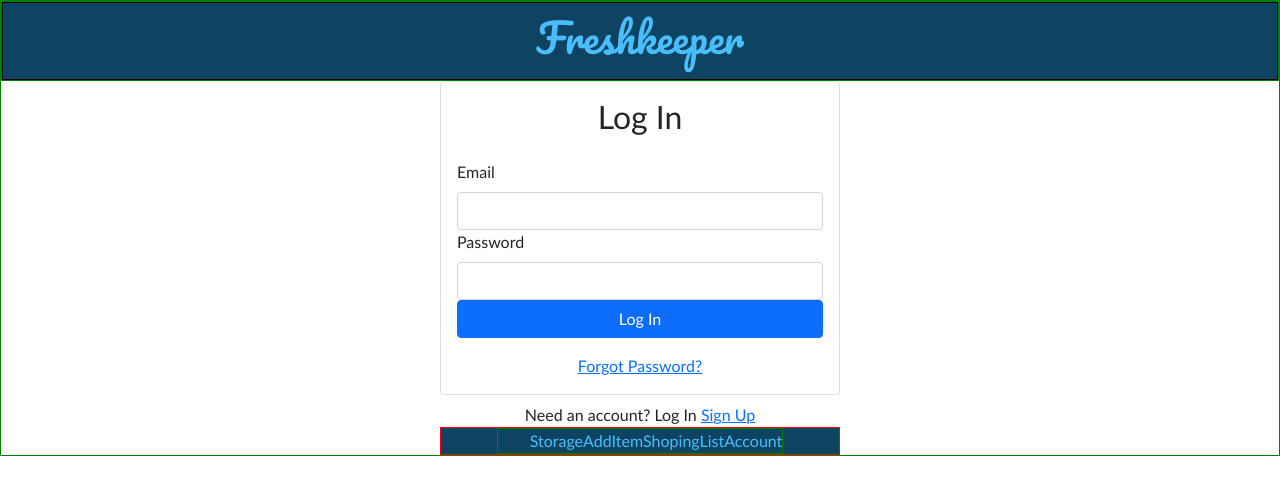
Repository: patrik-fredlund/freshkeeper-repo
Page: /
An editor plug-in stored every save of this project. The page is shown before and after the next save, followed by the edit.
The browser window is 1280 px wide. The pictures show the whole page.
The project was rebuilt for these pictures with package versions that can differ from the ones it lists, and the page was loaded fresh each time. Also part of the build but not shown: src/components/Signup.js, src/components/Account.js, src/components/ForgotPassword.js, src/components/UpdateProfile.js, src/components/Storage.js, src/components/Shopinglist.js, src/components/AddItem.js.

Above is the page before, as saved 2021-10-15 22:46:29.

### public/index.html
<!DOCTYPE html>
<html lang="en">

<head>
  <meta charset="utf-8" />
  <link rel="icon" href="%PUBLIC_URL%/favicon.ico" />
  <meta name="viewport" content="width=device-width, initial-scale=1" />
  <meta name="theme-color" content="#000000" />
  <meta name="description" content="Web site created using create-react-app" />
  <link rel="apple-touch-icon" href="%PUBLIC_URL%/logo192.png" />

  <link rel="manifest" href="%PUBLIC_URL%/manifest.json" />

  <title>Freshkeeper</title>
</head>

<body>
  <noscript>You need to enable JavaScript to run this app.</noscript>
  <div id="root"></div>

</body>

</html>

### src/index.js
import React from 'react';
import ReactDOM from 'react-dom';
import App from './components/App';
import 'bootstrap/dist/css/bootstrap.min.css';

ReactDOM.render(
  <React.StrictMode>
    <App />
  </React.StrictMode>,
  document.getElementById('root')
);

### src/components/App.js
import { Container } from 'react-bootstrap';
import '../App.css';
import Signup from './Signup';
import { AuthProvider } from '../context/AuthContext';
import { BrowserRouter as Router, Switch, Route } from 'react-router-dom';
import Account from './Account';
import Login from './Login';
import PrivateRoute from './PrivateRoute';
import ForgotPassword from './ForgotPassword';
import UpdateProfile from './UpdateProfile';
import Storage from './Storage';
import { AppWrap } from './appStyles';
import Header from './header/header';
import ShopingList from './Shopinglist';
import AddItem from './AddItem';
import Navbar from './navbar/Navbar';

function App() {
  return (
    <AppWrap>
      <Header />
      <Container
        className='d-flex align-items-center justify-content-center'
        // style={{ minHeight: '10vh' }}
      >
        <div className='w-100' style={{ maxWidth: '400px' }}>
          <Router>
            <AuthProvider>
              <Switch>
                <PrivateRoute exact path='/' component={Storage} />
                <PrivateRoute path='/additem' component={AddItem} />
                <PrivateRoute path='/shopinglist' component={ShopingList} />
                <PrivateRoute path='/account' component={Account} />
                <PrivateRoute
                  path='/update-profile'
                  component={UpdateProfile}
                />
                <Route path='/signup' component={Signup} />
                <Route path='/login' component={Login} />
                <Route path='/forgot-password' component={ForgotPassword} />
              </Switch>
              <Navbar />
            </AuthProvider>
          </Router>
        </div>
      </Container>
    </AppWrap>
  );
}

export default App;

### src/App.css
@import url('https://fonts.googleapis.com/css2?family=Pacifico&display=swap');

* {
  box-sizing: border-box;
  margin: 0;
  padding: 0;
  font-family: 'Gill Sans', 'Gill Sans MT', Calibri, 'Trebuchet MS', sans-serif;
}

.container {
  display: flex;
  flex-direction: column;
  justify-content: center;
  align-items: center;
}

.top_nav {
  display: flex;
  flex-direction: row;
  justify-content: center;
  align-items: center;
  padding: 14px 16px 14px 18px;

  position: absolute;
  width: 414px;
  height: 65px;
  left: 0px;
  top: 0px;

  background: #0e4462;
  border-radius: 4px;
}

.freshkeeper_header {
  position: static;

  font-family: 'Pacifico', cursive;

  font-weight: normal;
  font-size: 20px;

  display: flex;
  align-items: center;
  text-align: center;

  color: #49beff;

  /* Inside Auto Layout */

  flex: none;
  order: 0;
  flex-grow: 0;
  margin: 0px 10px;
}

### src/context/AuthContext.js
import React, { useContext, useState, useEffect } from 'react';
import { auth } from '../firebase';

const AuthContext = React.createContext();

export function useAuth() {
  return useContext(AuthContext);
}

export function AuthProvider({ children }) {
  const [currentUser, setCurrentUser] = useState();
  const [loading, setLoading] = useState(true);

  function signup(email, password) {
    return auth.createUserWithEmailAndPassword(email, password);
  }

  function login(email, password) {
    return auth.signInWithEmailAndPassword(email, password);
  }

  function logout() {
    return auth.signOut();
  }

  function resetPassword(email) {
    return auth.sendPasswordResetEmail(email);
  }

  function updateEmail(email) {
    return currentUser.updateEmail(email);
  }

  function updatePassword(password) {
    return currentUser.updatePassword(password);
  }

  useEffect(() => {
    const unsubscribe = auth.onAuthStateChanged((user) => {
      setCurrentUser(user);
      setLoading(false);
    });
    return unsubscribe;
  }, []);

  const value = {
    currentUser,
    login,
    signup,
    logout,
    resetPassword,
    updateEmail,
    updatePassword,
  };

  return (
    <AuthContext.Provider value={value}>
      {!loading && children}
    </AuthContext.Provider>
  );
}

### src/components/Login.js
import React, { useRef, useState } from 'react';
import { Form, Button, Card, Alert } from 'react-bootstrap';
import { useAuth } from '../context/AuthContext';
import { Link, useHistory } from 'react-router-dom';

export default function Login() {
  const emailRef = useRef();
  const passwordRef = useRef();
  const { login } = useAuth();
  const [error, setError] = useState('');
  const [loading, setLoading] = useState(false);
  const history = useHistory();

  async function handleSubmit(e) {
    e.preventDefault();

    try {
      setError('');
      setLoading(true);
      await login(emailRef.current.value, passwordRef.current.value);
      history.push('/');
    } catch {
      setError('Failed to Log In');
    }

    setLoading(false);
  }

  return (
    <>
      <Card>
        <Card.Body>
          <h2 className='text-center mb-4'>Log In</h2>

          {error && <Alert variant='danger'>{error}</Alert>}
          <Form onSubmit={handleSubmit}>
            <Form.Group id='email'>
              <Form.Label>Email</Form.Label>
              <Form.Control type='email' ref={emailRef} required />
            </Form.Group>
            <Form.Group id='password'>
              <Form.Label>Password</Form.Label>
              <Form.Control type='password' ref={passwordRef} required />
            </Form.Group>

            <Button disabled={loading} className='w-100' type='submit'>
              Log In
            </Button>
          </Form>
          <div className='w-100 text-center mt-3'>
            <Link to='/forgot-password'>Forgot Password?</Link>
          </div>
        </Card.Body>
      </Card>
      <div className='w-100 text-center mt-2'>
        Need an account? Log In <Link to='/signup'>Sign Up </Link>
      </div>
    </>
  );
}

### src/components/PrivateRoute.js
import React from 'react';
import { Route, Redirect } from 'react-router-dom';
import { useAuth } from '../context/AuthContext';

export default function PrivateRoute({ component: Component, ...rest }) {
  const { currentUser } = useAuth();

  return (
    <Route
      {...rest}
      render={(props) => {
        return currentUser ? (
          <Component {...props} />
        ) : (
          <Redirect to='/login' />
        );
      }}
    ></Route>
  );
}

### src/components/appStyles.js
import styled from 'styled-components';

export const AppWrap = styled.div`
  /* display: flex;
  flex-flow: column; */
  width: 100%;
  border: 1px solid green;
`;

### src/components/header/header.js
import React from 'react';
import GlobalStyle from '../globalStyles';
import { HeaderWrap } from './headerStyles';

function Header() {
  return (
    <HeaderWrap>
      <GlobalStyle />
      {/* <div className='top_nav'>
        <h2 className='freshkeeper_header'>Freshkeeper</h2>
      </div> */}
      <div className='headerContainer'>
        <h1>Freshkeeper</h1>
      </div>
    </HeaderWrap>
  );
}

export default Header;

### src/components/navbar/Navbar.js
import React from 'react';
import { AppWrap } from '../appStyles';
import { HeaderWrap } from '../header/headerStyles';
import { MenuList } from './MenuList';
import { NavbarStyles } from './navbarStyles';

const Navbar = () => {
  const menuList = MenuList.map(({ url, title, index }) => {
    return (
      <li key={index}>
        <a href={url}>{title}</a>
      </li>
    );
  });

  return (
    <NavbarStyles>
      <ul className='menu-list'>{menuList} </ul>
    </NavbarStyles>
  );
};

export default Navbar;

### src/firebase.js
import firebase from 'firebase/compat/app';
import 'firebase/compat/auth';

const app = firebase.initializeApp({
  apiKey: process.env.REACT_APP_FIREBASE_API_KEY,
  authDomain: process.env.REACT_APP_FIREBASE_AUTH_DOMAIN,
  projectId: process.env.REACT_APP_FIREBASE_PROJECT_ID,
  storageBucket: process.env.REACT_APP_FIREBASE_STORAGE_BUCKET,
  messagingSenderId: process.env.REACT_APP_FIREBASE_MESSAGE_SENDER_ID,
  appId: process.env.REACT_APP_FIREBASE_APP_ID,
});

export const auth = app.auth();
export default app;

### src/components/globalStyles.js
import { createGlobalStyle } from 'styled-components';

const GlobalStyle = createGlobalStyle`
@import url('https://fonts.googleapis.com/css2?family=Pacifico&display=swap');

  h1 {
     font-family: 'pacifico';
  }
`;

export default GlobalStyle;

### src/components/header/headerStyles.js
import styled from 'styled-components';

export const HeaderWrap = styled.div`
  width: 100%;
  border: 1px solid green;

  .headerContainer {
    border: 1px solid black;
    background-color: #0e4462;
    color: #49beff;
    padding: 10px 0;
    display: flex;
    align-items: center;
    justify-content: center;
  }
`;

### src/components/navbar/MenuList.js
export const MenuList = [
  {
    title: 'Storage',
    url: '/',
  },
  {
    title: 'AddItem',
    url: '/additem',
  },
  {
    title: 'ShopingList',
    url: '/shopinglist',
  },
  {
    title: 'Account',
    url: '/account',
  },
];

### src/components/navbar/navbarStyles.js
import styled from 'styled-components';

export const NavbarStyles = styled.div`
  border: 1px solid red;
  display: flex;
  max-width: 400px;
  align-items: center;
  background-color: #0e4462;

  .menu-list {
    margin: auto;
    list-style-type: none;
    display: flex;
    border: 1px solid green;
  }

  a {
    color: #49beff;
    align-items: center;
    text-decoration: none;
    border: 1px solid blues;
  }
`;

After the next save:
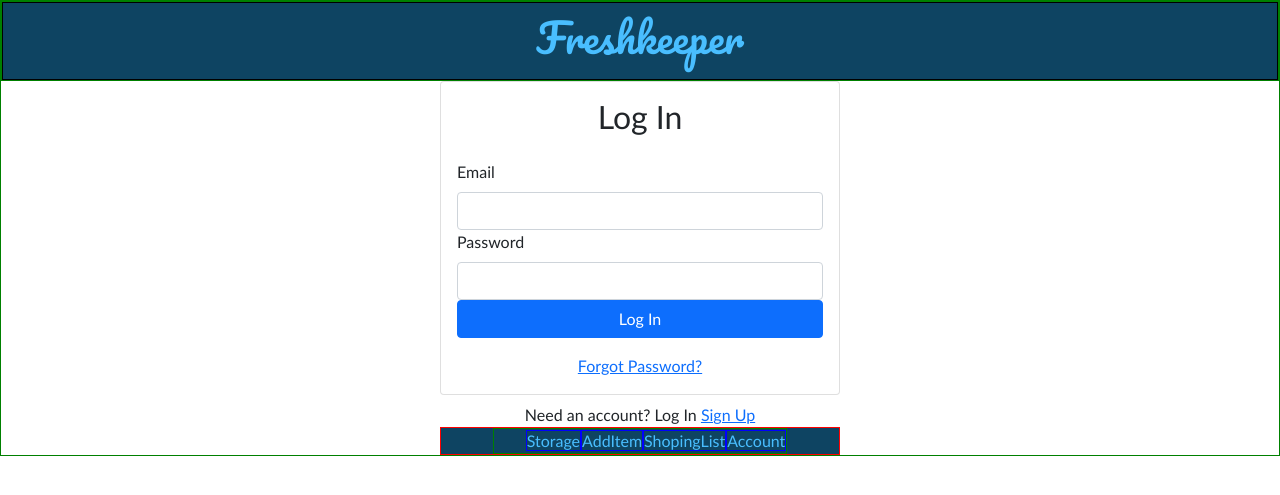
Saved 7 s later.
--- a/src/components/navbar/navbarStyles.js
+++ b/src/components/navbar/navbarStyles.js
@@ -18,6 +18,6 @@ export const NavbarStyles = styled.div`
     color: #49beff;
     align-items: center;
     text-decoration: none;
-    border: 1px solid blues;
+    border: 1px solid blue;
   }
 `;
